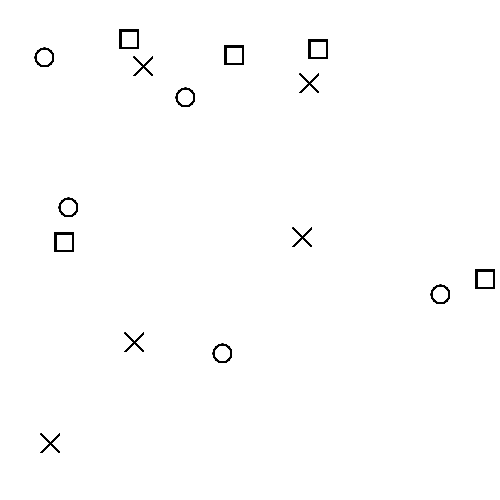
Repository: benceluzsinszky/rock-paper-scissors-simulation-pygame
Script's output: python main.py
The author's editor kept a copy of each file at every save. The script's output is drawn from the files as they stood at one save, then again after the next save.
The window is shown after at most 60 frames with no key pressed. Random numbers start from a fixed seed. It also reads sprites/paper.png, sprites/rock.png, sprites/scissors.png.

Above is the script's output before, as saved 2023-04-24 21:01:49.

After the next save:
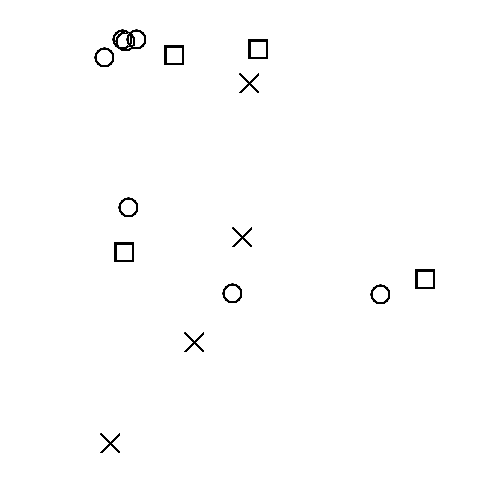
Saved 6 s later.
--- a/sprites.py
+++ b/sprites.py
@@ -72,6 +72,7 @@ class Sprite(Sprite):
     def action(self, food, enemy):
         self.get_food_info(food)
         self.get_enemy_info(enemy)
+        self.eat()
         # if self.closest_enemy_distance > self.closest_food_distance:
         #     self.eat()
         # else:
